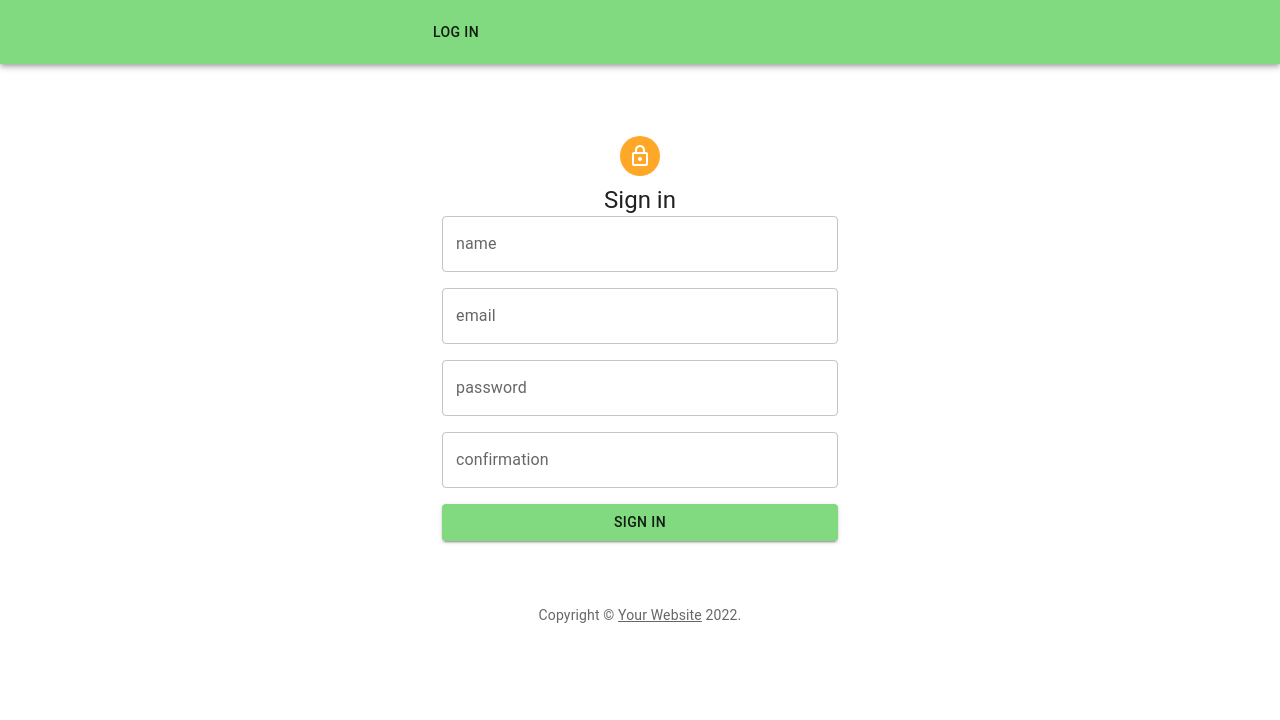
Repository: motohiro0410/motsufood
Page: /signin (app in frontend/)
These files come from the project's save history. The page is drawn as it stood at one moment and after the next save; the edit follows.
The browser window is 1280 px wide. The pictures show the whole page.
The project was rebuilt for these pictures with package versions that can differ from the ones it lists, and the page was loaded fresh each time. Also part of the build but not shown: frontend/src/components/pages/Login.tsx, frontend/src/components/organisms/Footer.tsx, frontend/src/components/organisms/MainHeader.tsx, frontend/src/components/organisms/UserDetailModal.tsx, frontend/src/apis/useCreateCount.ts, frontend/src/components/pages/Count.tsx, frontend/src/components/pages/Money.tsx, frontend/src/components/organisms/GroupHeader.tsx and 8 more.

Above is the page before, as saved 2022-08-21 23:46:19.

### frontend/src/App.tsx
import { BrowserRouter } from "react-router-dom";

import { Router } from "./router/Router";
import { ThemeProvider } from '@mui/system';
import { theme } from './theme/theme';

import { AdapterDateFns } from '@mui/x-date-pickers/AdapterDateFns';
import { LocalizationProvider } from '@mui/x-date-pickers/LocalizationProvider';
import { HeaderProvider } from "./providers/HeaderProvider"

function App() {
  return (
    <LocalizationProvider dateAdapter={AdapterDateFns}>
      <ThemeProvider theme={theme}>
        <HeaderProvider>
          <BrowserRouter>
            <Router />
          </BrowserRouter>
        </HeaderProvider>
      </ThemeProvider>
    </LocalizationProvider>
  );
}

export default App;

### frontend/src/router/Router.tsx
import { FC, memo } from "react";
import { Switch, Route } from "react-router-dom";

import { Login } from "../components/pages/Login";
import { Count } from "../components/pages/Count";
import { Money } from "../components/pages/Money";
import { Users } from "../components/pages/Users";
import { SignIn } from "../components/pages/SignIn";
import { Page404 } from "../components/pages/Page404";
import { UserEdit } from "../components/pages/UserEdit"
import { InputFoodExpence } from "../components/pages/InputFoodExpence"

export const Router: FC = memo(() => {
  return (
    <Switch>
      <Route exact path="/">
        <Login />
      </Route>
      <Route path="/signin">
        <SignIn />
      </Route>
      <Route path="/users"
        render={({match})=>(
          <Switch>
            <Route exact path="/users" component={Users} />
            <Route path="/users/:id/edit" component={UserEdit} />
            <Route path="/users/:userId/count" component={Count} />
            <Route path="/users/:userId/money" component={Money} />
            <Route path="/users/:userId/input" component={InputFoodExpence} />
          </Switch>
        )}
      />
      <Route path="*">
        <Page404 />
      </Route>
    </Switch>
  )
})

### frontend/src/theme/theme.ts
import { createTheme } from "@mui/material"

export const theme = createTheme({
  palette: {
    primary: {
      main: "#81da7f"
    }
  }
});

### frontend/src/providers/HeaderProvider.tsx
import { createContext } from "react";

export const HeaderContext = createContext<Context[]>({} as Context[]);

export type Context = {
  title: string;
}

export const HeaderProvider = (props: any) => {
  const { children } = props;
  const contextName: Context[] = [
    {title: "ホーム"},
    {title: "食費入力"},
    {title: "支払い"},
    {title: "ユーザー編集"},
  ]



  return (
    <HeaderContext.Provider value={contextName}>
      {children}
    </HeaderContext.Provider>
  )
}

### frontend/src/components/pages/SignIn.tsx
import { useState } from 'react';

import Box from '@mui/material/Box';
import Button from '@mui/material/Button';
import Avatar from '@mui/material/Avatar';
import CssBaseline from '@mui/material/CssBaseline';
import Stack from '@mui/material/Stack';
import TextField from '@mui/material/TextField';
import Link from '@mui/material/Link';
import LockOutlinedIcon from '@mui/icons-material/LockOutlined';
import Typography from '@mui/material/Typography';
import Container from '@mui/material/Container';
import InputLabel from '@mui/material/InputLabel';
import FormControl from '@mui/material/FormControl';
import OutlinedInput from '@mui/material/OutlinedInput';
import InputAdornment from '@mui/material/InputAdornment';

import { SignInHeader } from '../organisms/SignInHeader';
import { useCreateUser } from '../../apis/useCreateUser';

function Copyright(props: any) {
  return (
    <Typography variant="body2" color="text.secondary" align="center" {...props}>
      {'Copyright © '}
      <Link color="inherit" href="https://mui.com/">
        Your Website
      </Link>{' '}
      {new Date().getFullYear()}
      {'.'}
    </Typography>
  );
}

export const SignIn = () => {

  // ヘッダーボタンの出しわけ
  const [login, setLogin] = useState(false);

  const { handleSubmit, createUser } = useCreateUser();

  return (
      <>
        <SignInHeader login={login}/>
        <Container component="main" maxWidth="xs">
          <CssBaseline />
          <Box
            sx={{
              marginTop: 8,
              display: 'flex',
              flexDirection: 'column',
              alignItems: 'center',
            }}
          >
            <Avatar sx={{ m: 1, bgcolor: '#ffa726' }}>
              <LockOutlinedIcon />
            </Avatar>
            <Typography component="h1" variant="h5">
              Sign in
            </Typography>
            <Stack component="form" width="100%" onSubmit={handleSubmit} noValidate spacing={2} >
              {/* <TextField
                margin="normal"
                required
                fullWidth
                id="name"
                label="name"
                name="name"
                autoComplete="name"
                autoFocus
              /> */}
              <FormControl fullWidth sx={{ m: 5 }}>
                <InputLabel htmlFor="outlined-adornment-amount">name</InputLabel>
                <OutlinedInput
                  id="outlined-adornment-amount"
                  label="name"
                  // value={}
                  // onChange={}
                  type="string"
                />
              </FormControl>
              <FormControl fullWidth sx={{ m: 5 }}>
                <InputLabel htmlFor="outlined-adornment-amount">email</InputLabel>
                <OutlinedInput
                  id="outlined-adornment-amount"
                  label="email"
                  // value={}
                  // onChange={}
                  type="string"
                />
              </FormControl>
              <FormControl fullWidth sx={{ m: 5 }}>
                <InputLabel htmlFor="outlined-adornment-amount">password</InputLabel>
                <OutlinedInput
                  id="outlined-adornment-amount"
                  label="password"
                  // value={}
                  // onChange={}
                  type="string"
                />
              </FormControl>
              <FormControl fullWidth sx={{ m: 5 }}>
                <InputLabel htmlFor="outlined-adornment-amount">confirmation</InputLabel>
                <OutlinedInput
                  id="outlined-adornment-amount"
                  label="confirmation"
                  // value={}
                  // onChange={}
                  type="string"
                />
              </FormControl>
              <Button
                type="submit"
                fullWidth
                variant="contained"
                sx={{ mt: 3, mb: 2 }}
                onClick={createUser}
              >
                sign In
              </Button>
            </Stack>
          </Box>
          <Copyright sx={{ mt: 8, mb: 4 }} />
        </Container>
     </>
  );
}

### frontend/src/components/organisms/SignInHeader.tsx
import { FC } from "react";
import {useHistory} from "react-router-dom";

import AppBar from '@mui/material/AppBar';
import Box from '@mui/material/Box';
import Toolbar from '@mui/material/Toolbar';
import Button from '@mui/material/Button';

type Props = {
  login: boolean;
}

export const SignInHeader: FC<Props> = (props) => {

  const history = useHistory();
  const onClickSignIn = () => history.push("/signin")
  const onClickLogIn = () => history.push("/")

  const { login } = props;

  return login?(
    <Box>
      <AppBar position="static" >
        <Toolbar sx={{ ml: 50 }}>
          <Button variant="text" color="inherit" onClick={onClickSignIn}>Sign in</Button>
        </Toolbar>
      </AppBar>
    </Box>
  ) : (
    <Box>
      <AppBar position="static" >
       <Toolbar sx={{ ml: 50 }}>
         <Button variant="text" color="inherit" onClick={onClickLogIn}>Log in</Button>
        </Toolbar>
      </AppBar>
    </Box>
  )
}

### frontend/src/apis/useCreateUser.tsx
import axios from 'axios';
import { useCallback, useState } from 'react';
import { useHistory } from 'react-router-dom';

import { userCreate } from '../urls/Url'
import { User } from '../types/Types'


export const useCreateUser = () => {

  const [data, setData] = useState({});

  const handleSubmit = (event: React.FormEvent<HTMLFormElement>) => {
    event.preventDefault();
    const data = new FormData(event.currentTarget);
    console.log (data)
    setData(data);
    // console.log({
    //   email: data.get('email'),
    //   password: data.get('password'),
    // })
  };

  const [loading, setLoading] = useState(false)
  const [user, setUser] = useState<User>({} as User)

  const history = useHistory();

  const createUser = useCallback(() => {
    setLoading(true)
    axios.post<User>(userCreate)
      .then(res => {
        console.log(res.data)
        // setUser(res.data)
        history.push("/users")
      })
      // 本来はバリデーションエラーメッセージなどを表示
      .catch((e) => alert("ユーザー作成に失敗しました")
      )
      .finally(() => setLoading(false))
    }, []);

    return { handleSubmit, createUser, setLoading, loading, user }
}

### frontend/src/urls/Url.ts
export const DEFAULT_API_LOCALHOST = 'http://localhost:3000/api/v1'

export const usersIndex = `${DEFAULT_API_LOCALHOST}/users`
export const userEdit = (id: string) => `${DEFAULT_API_LOCALHOST}/users/${id}/edit`
export const userDestroy = (id: string) => `${DEFAULT_API_LOCALHOST}/users/${id}`
export const userCreate = `${DEFAULT_API_LOCALHOST}/users`
export const userUpdate = (id: string) => `${DEFAULT_API_LOCALHOST}/users/${id}`
export const moneyCreate = (userId: number) => `${DEFAULT_API_LOCALHOST}/users/${userId}/money`
export const notEatingCountCreate = (userId: number) => `${DEFAULT_API_LOCALHOST}/users/${userId}/count`
export const inputCreate = (userId: number) => `${DEFAULT_API_LOCALHOST}/users/${userId}/input`

Loaded but not shown: frontend/public/index.html (common file); frontend/src/index.tsx (common file); frontend/src/index.css (common file); frontend/src/reportWebVitals.ts (common file)

After the next save:
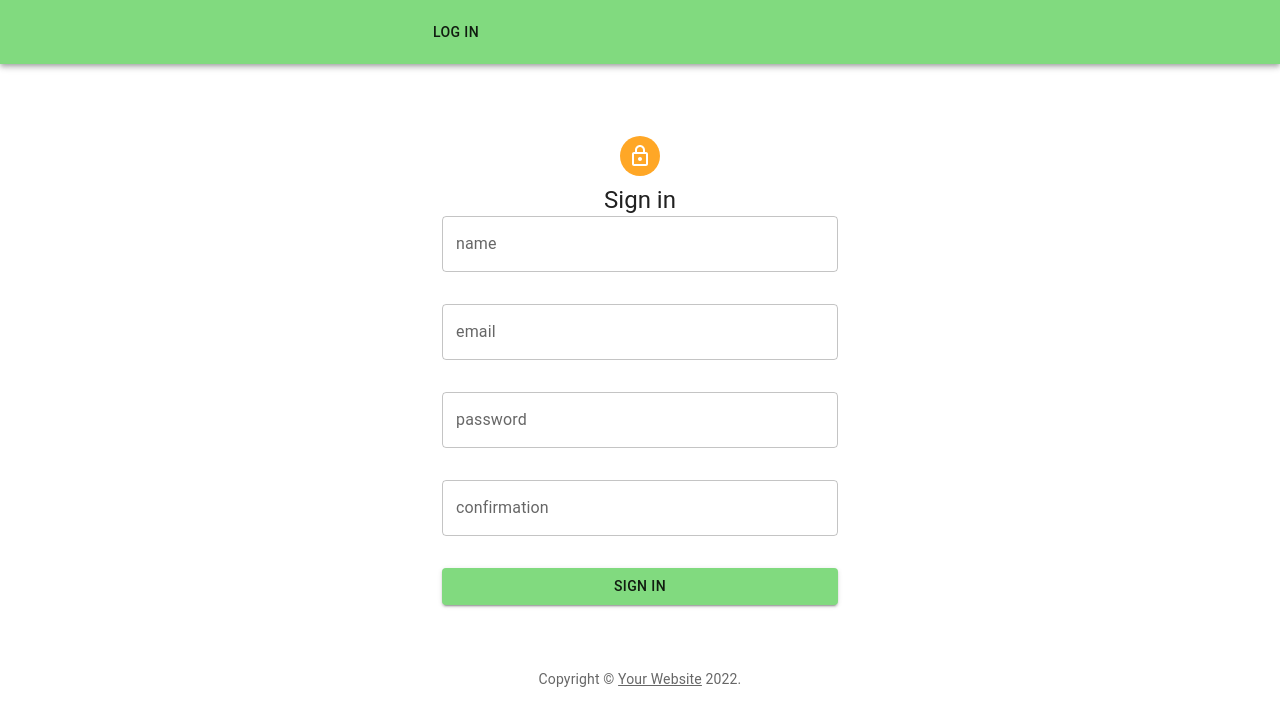
Saved 8 s later.
--- a/frontend/src/components/pages/SignIn.tsx
+++ b/frontend/src/components/pages/SignIn.tsx
@@ -57,7 +57,7 @@ export const SignIn = () => {
             <Typography component="h1" variant="h5">
               Sign in
             </Typography>
-            <Stack component="form" width="100%" onSubmit={handleSubmit} noValidate spacing={2} >
+            <Stack component="form" width="100%" onSubmit={handleSubmit} noValidate spacing={4} >
               {/* <TextField
                 margin="normal"
                 required
